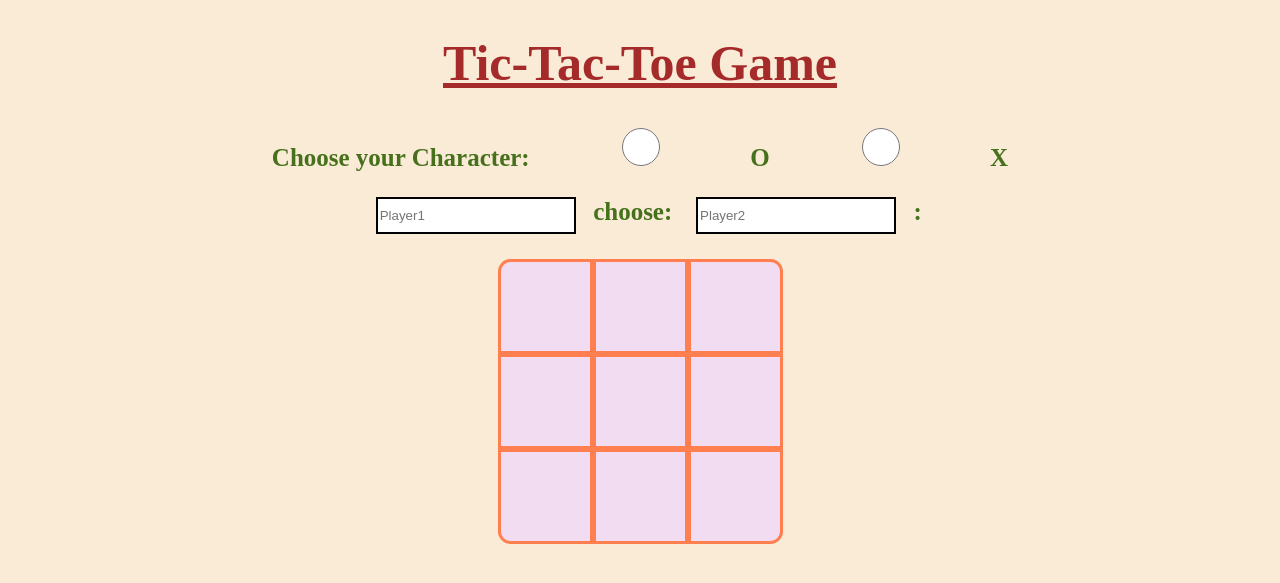
Repository: 0101chaitanya/Tic-Tac-Toe
Page: index.html
The author's editor kept a copy of each file at every save. The page is drawn from the files as they stood at one save, then again after the next save.
The browser window is 1280 px wide. The pictures show the whole page.

Above is the page before, as saved 2021-06-12 13:52:30.

After the next save:
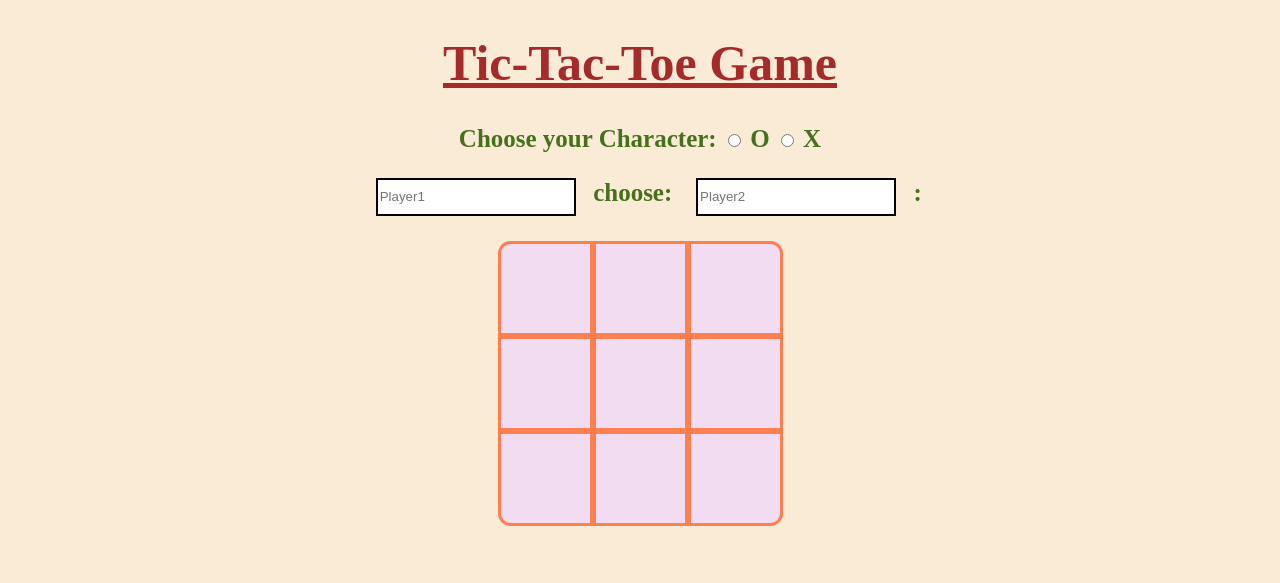
Saved 35 s later.
--- a/styles.css
+++ b/styles.css
@@ -50,6 +50,9 @@ label>input {
 
 #player>input {
     margin: auto 0.7rem auto 0.7rem;
+    width: 8rem;
+    height: 1.5rem;
+    border: 2px solid;
 }
 
 #gameSquare {
@@ -142,9 +145,3 @@ label>input {
 #player>div:nth-child(1)>input {
     color: aqua;
 }
-
-input {
-    width: 8rem;
-    height: 1.5rem;
-    border: 2px solid;
-}
